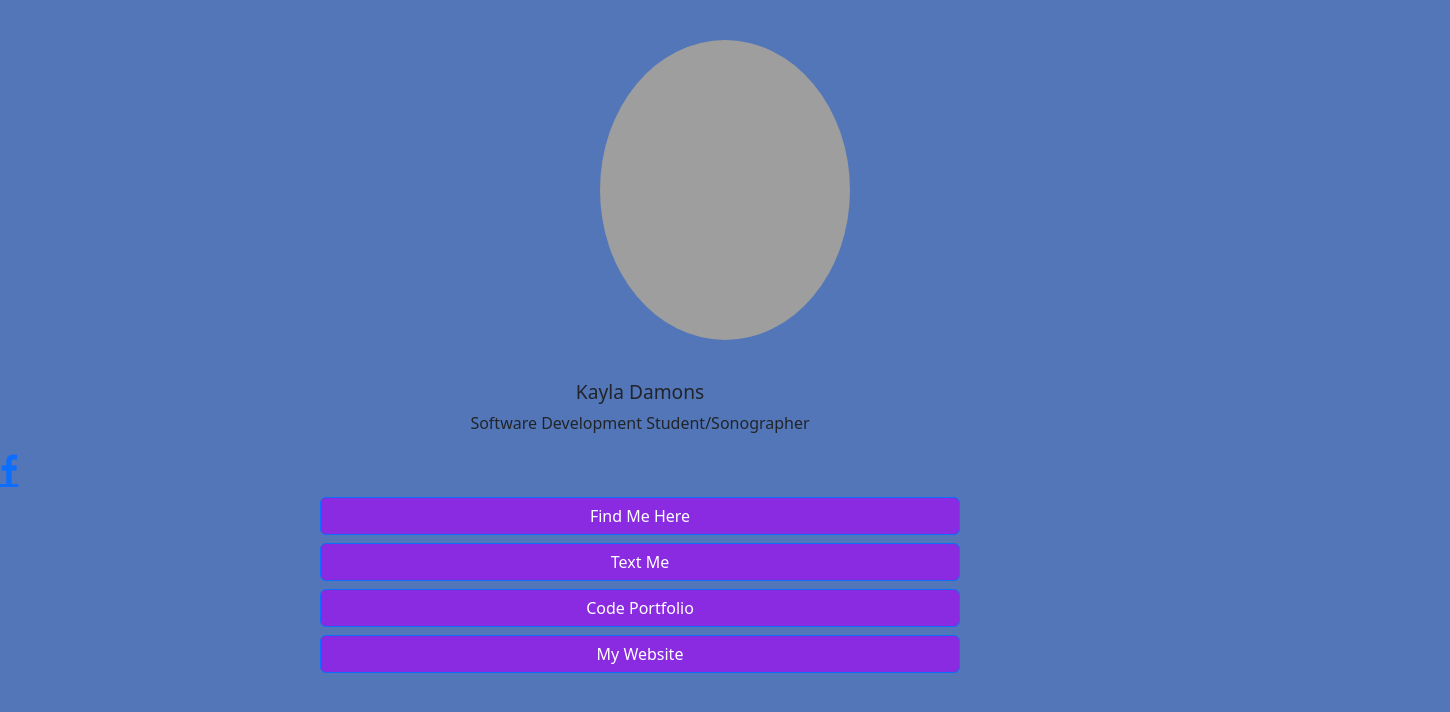
Repository: KaylaDamons/LABlinkinbio
Page: index.html
The author's editor kept a copy of each file at every save. The page is drawn from the files as they stood at one save, then again after the next save.
The browser window is 1280 px wide. The page is 1450 px wide, so the pictures cover 1450 px, including what lies to the right of the window. The pictures show the whole page.
Pictures or frames that could not be fetched are drawn as grey boxes.

Above is the page before, as saved 2024-01-14 17:08:39.

After the next save:
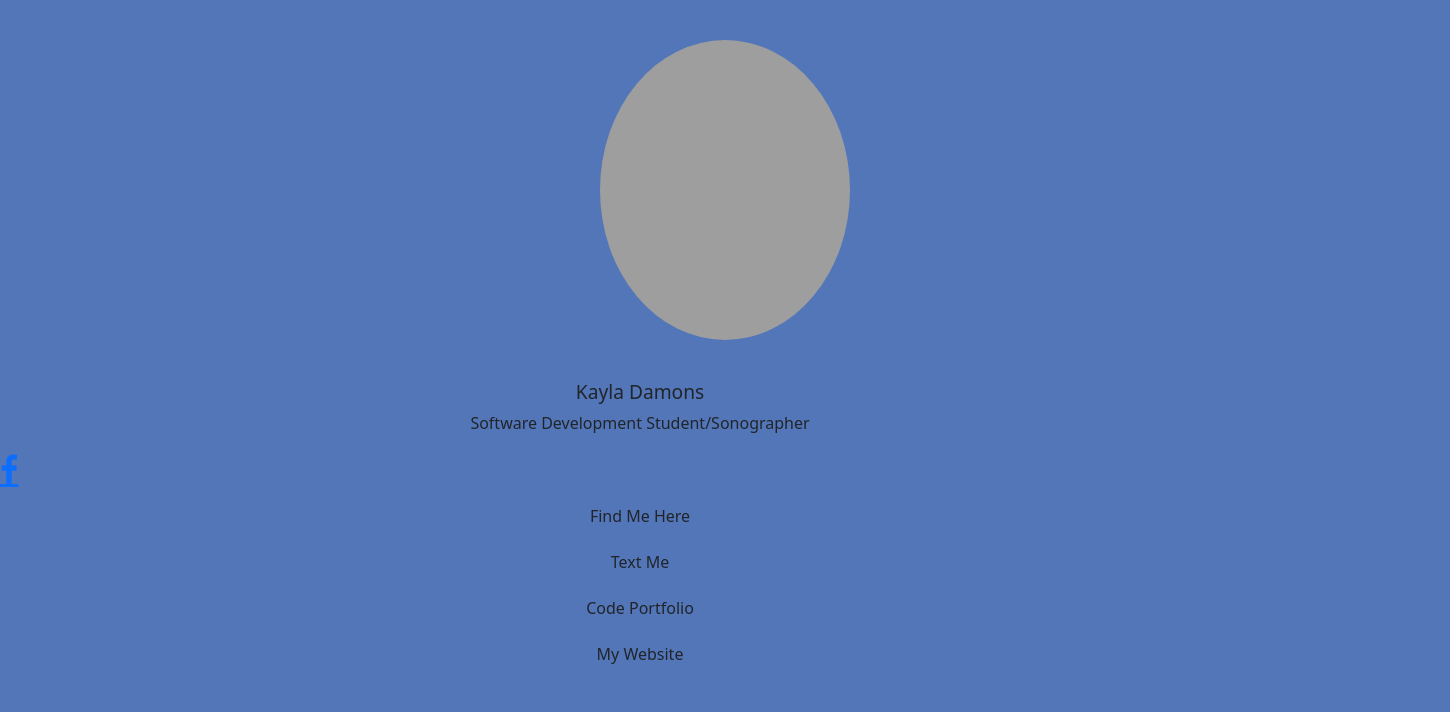
Saved 4 min 46 s later.
--- a/index.html
+++ b/index.html
@@ -27,10 +27,10 @@
 
 
   <div class="d-grid gap-2 col-6 mx-auto">
-    <button class="btn btn-primary" type="button">Find Me Here</button>
-    <button class="btn btn-primary" type="button">Text Me</button>
-    <button class="btn btn-primary" type="button">Code Portfolio</button>
-    <button class="btn btn-primary" type="button">My Website</button>
+    <button class="btn btn-primary1" type="button">Find Me Here</button>
+    <button class="btn btn-primary2" type="button">Text Me</button>
+    <button class="btn btn-primary3" type="button">Code Portfolio</button>
+    <button class="btn btn-primary4" type="button">My Website</button>
   </div>
 
   </div>

After the 4 saves that followed:
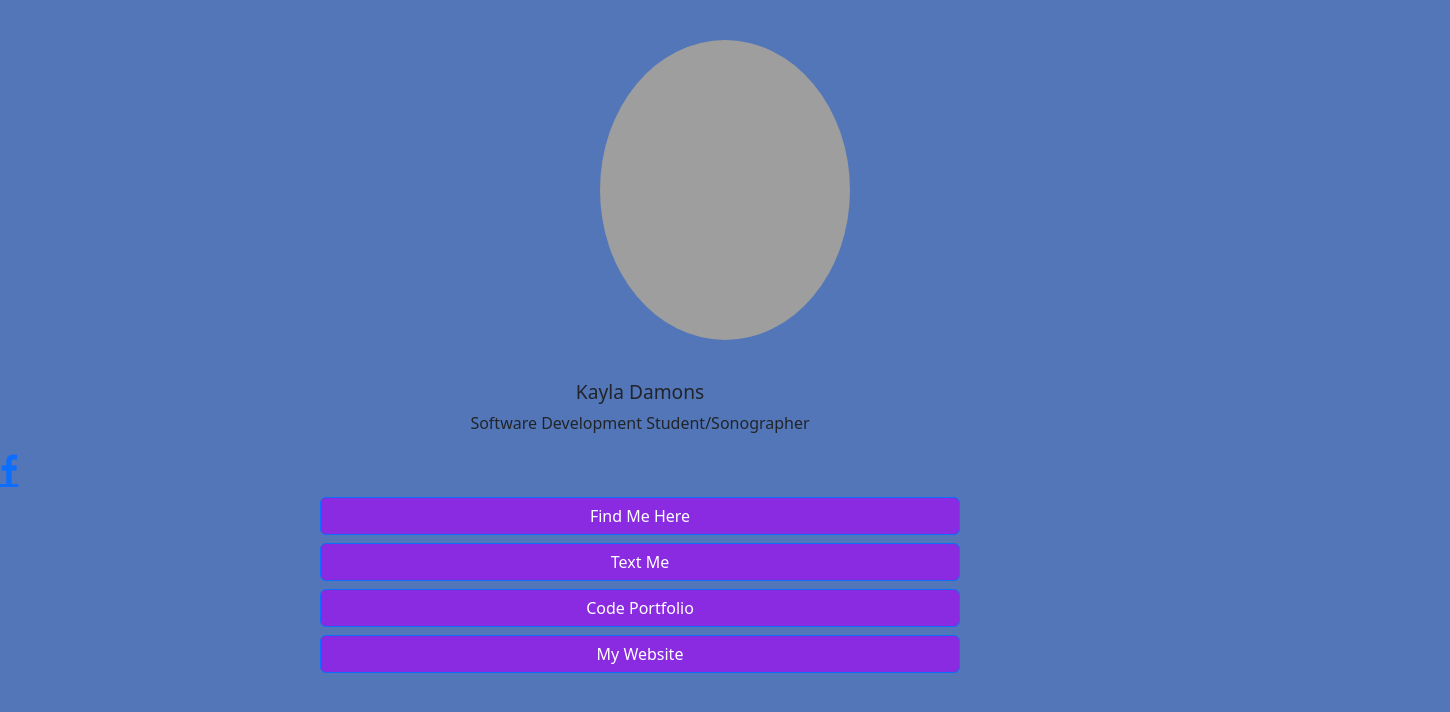
The 4 saves are shown as one change because 3 left the picture as it was.
The last was saved 4 min 17 s later.
--- a/index.html
+++ b/index.html
@@ -27,10 +27,10 @@
 
 
   <div class="d-grid gap-2 col-6 mx-auto">
-    <button class="btn btn-primary1" type="button">Find Me Here</button>
-    <button class="btn btn-primary2" type="button">Text Me</button>
-    <button class="btn btn-primary3" type="button">Code Portfolio</button>
-    <button class="btn btn-primary4" type="button">My Website</button>
+    <button class="btn btn-primary" type="button">Find Me Here</button>
+    <button class="btn btn-primary" type="button">Text Me</button>
+    <button class="btn btn-primary" type="button">Code Portfolio</button>
+    <button class="btn btn-primary" type="button">My Website</button>
   </div>
 
   </div>
--- a/main.css
+++ b/main.css
@@ -10,7 +10,6 @@ p {
 }
 img {
   border-radius: 50%;
-  margin-left: 750px;
 }
 
 .btn-primary {
